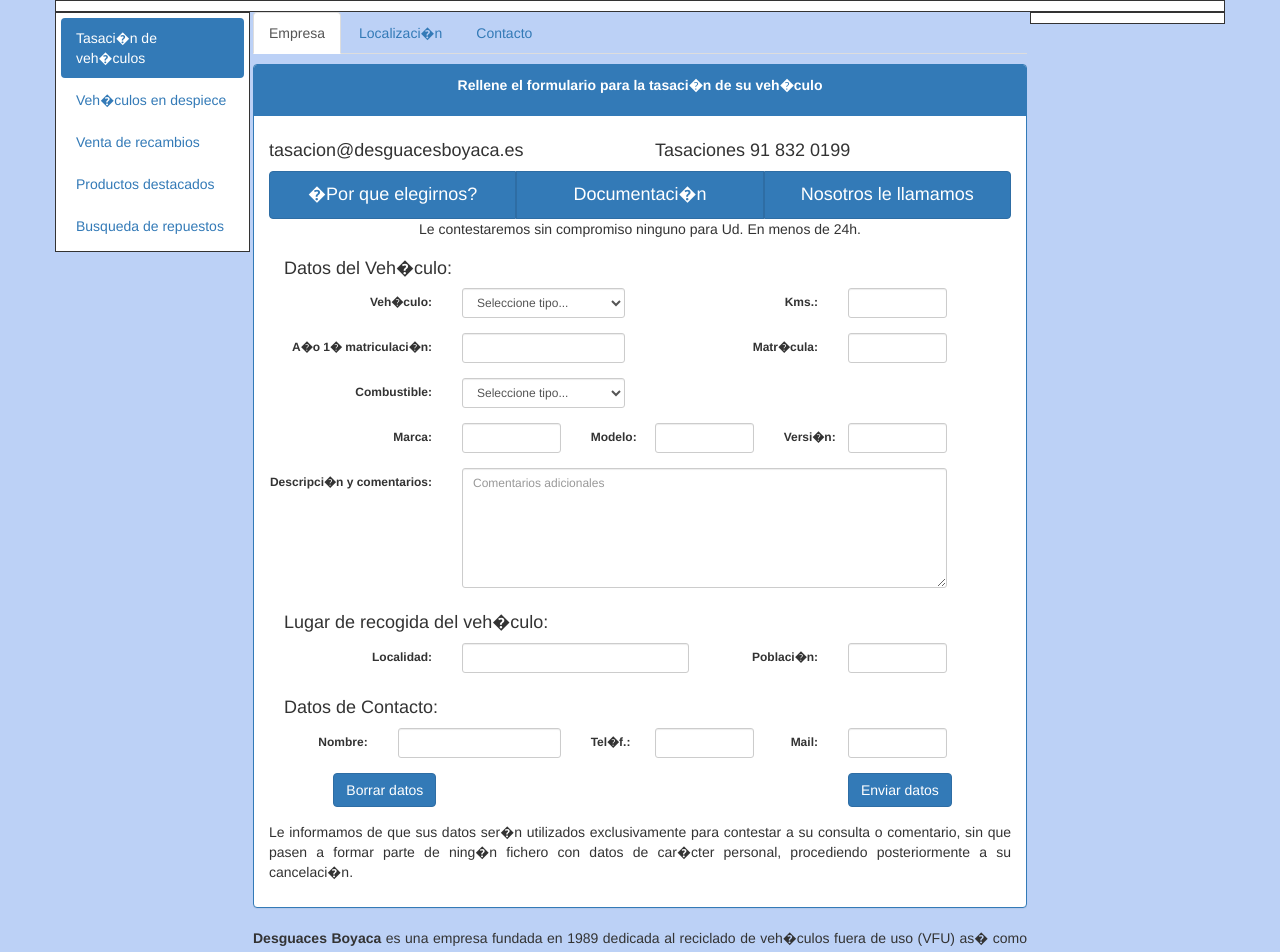
Repository: surrius/pruBoyaca
Page: http://localhost/
These files come from the project's save history. The page is drawn as it stood at one moment and after the next save; the edit follows.
The browser window is 1280 px wide. The pictures show the part of the page from y = 0 to 952 px (the page is 2709 px tall).
The page is run by PHP 8.4 with error messages shown; the project is at /var/www/html/.

Above is the page before, as saved 2016-03-02 11:45:29.

### Boyaca/index.php
<!DOCTYPE html>
<html lang="es">
  <head>
<!-- 	<meta http-equiv="Content-Type" content="text/html"; charset=utf-8"/>  -->
	<meta content="text/html; charset=iso-8859-1" http-equiv=Content-Type>
    <meta http-equiv="X-UA-Compatible" content="IE=edge">
    <meta name="viewport" content="width=device-width, initial-scale=1">
    <title>Autodesguaces Boyaca</title>

    <!-- Bootstrap -->
    <link href="bootstrap/css/bootstrap.min.css" rel="stylesheet">
    <link href="css/boyaca_css.css" rel="stylesheet">
    <link type="text/css" rel="stylesheet" href="css/font-awesome.min.css"/>
    <!-- jQuery (necessary for Bootstrap's JavaScript plugins) -->
    <script src="js/jquery-1.12.0.min.js"></script>
    <!-- Include all compiled plugins (below), or include individual files as needed -->
    <script src="bootstrap/js/bootstrap.min.js"></script>

    <!-- HTML5 Shim and Respond.js IE8 support of HTML5 elements and media queries -->
    <!-- WARNING: Respond.js doesn't work if you view the page via file:// -->
    <!--[if lt IE 9]>
      <script src="https://oss.maxcdn.com/libs/html5shiv/3.7.0/html5shiv.js"></script>
      <script src="https://oss.maxcdn.com/libs/respond.js/1.4.2/respond.min.js"></script>
    <![endif]-->
  </head>
  <body>
  	<div class="container">
  		<!-- Cabecera -->
  		<?php include "includes/main/head.php" ?>

      <!-- Parte central de interaccion con el MENU1 y el MENU2 -->
      <?php include "includes/main/central.php" ?>

      <!-- Pie de pÃ¡gina -->
      <?php include "includes/main/footer.php" ?>
  	</div>
  </body>
</html>

### Boyaca/includes/main/head.php
<!-- DIV contenedor de la cabecera -->

<div class="row prueba">

</div>

### Boyaca/includes/main/central.php

<!-- DIV contenedor de la informaciÃ³n seleccionada por el usuario desde el MENU1 y el MENU2 -->

<div class="row">
	<!-- Botonera del MENU 1 -->
	<div class="col-sm-2 prueba">
		<ul class="nav nav-pills nav-stacked">
			<li role="presentation" class="active"><a href="#">Tasación de vehículos</a></li>
			<li role="presentation"><a href="#">Vehículos en despiece</a></li>
			<li role="presentation"><a href="#">Venta de recambios</a></li>
			<li role="presentation"><a href="#">Productos destacados</a></li>
			<li role="presentation"><a href="#">Busqueda de repuestos</a></li>
		</ul>
	</div>

	<!-- div que recibirÃ¡ las pantallas segun la opcion de los MENUS que se pulse -->
	<div id="central" class="col-sm-8 menu-central">
		<ul class="nav nav-tabs">
			<li role="presentation" class="active">
				<a href="#">Empresa</a>
			</li>
			<li role="presentation">
				<a href="#">Localización</a>
			</li>
			<li role="presentation">
				<a href="#">Contacto</a>
			</li>
		</ul>

		<!-- Div donde se cargarÃ¡n todas las pantallas del MENU 2 -->
		<div id="cargaMenu2" class="carga-menu2">
			<!-- QUitar --> <?php include "includes/menu2/tasacion.php" ?>
			<!-- QUitar --> <?php include "includes/menu2/inicio.php" ?>
			<!-- QUitar --> <?php include "includes/menu2/localizacion.php" ?>
			<!-- QUitar --> <?php include "includes/menu2/contacto.php" ?>
		</div>
	</div>

	<!-- Area de Noticias y sellos autorizados -->
	<div class="col-sm-2 prueba">

	</div>
</div>

### Boyaca/includes/menu2/tasacion.php
<div class="panel panel-primary">
	<div class="panel-heading">
		<p class="text-center">
			<strong>Rellene el formulario para la tasación de su vehículo</strong>
		</p>
	</div>
	<div class="panel-body">
		<div class="row">
			<div class="col-sm-6">
				<h4>tasacion@desguacesboyaca.es</h4>
			</div>
			<div class="col-sm-6">
				<h4>Tasaciones 91 832 0199</h4>
			</div>
		</div>

		<!-- Botones de ayuda tasaciones -->
		<div class="btn-group btn-group-justified">
			<div class="btn-group">
				<button id="botTasPorque" class="btn btn-primary bot-tasacion">¿Por que elegirnos?</button>
			</div>
			<div class="btn-group">
				<button id="botTasDocu" class="btn btn-primary bot-tasacion">Documentación</button>
			</div>
			<div class="btn-group">
				<button id="botTasCall" class="btn btn-primary bot-tasacion">Nosotros le llamamos</button>
			</div>
		</div>

		<p class="text-center">
			Le contestaremos sin compromiso ninguno para Ud. En menos de 24h.
		</p>
		<h4 class="col-sm-12">Datos del Vehículo:</h4>
		<form id="datosTasacion" class="form-horizontal">
			<div class="form-group form-group-sm">
			<!-- Tipo de Vehículo -->
				<label for="inputVehiculo" class="col-sm-3 control-label">Vehículo:</label>
				<div class="col-sm-3">
					<select id="inputVehiculo" class="form-control">
						<option value="00">Seleccione tipo...</option>
						<option value="01">Coche</option>
						<option value="02">Furgoneta</option>
						<option value="03">Moto</option>
					</select>
				</div>
			<!-- Kilometros -->
				<label for="kilometros" class="col-sm-1  col-md-offset-2 control-label">Kms.:</label>
				<div class="col-sm-2">
					<input type="text" class="form-control" id="kilometros" placeholder="">
				</div>
			</div>

			<!-- Año Matriculación -->
			<div class="form-group form-group-sm">
				<label for="anyoMatricula" class="col-sm-3 control-label">Año 1ª matriculación:</label>
				<div class="col-sm-3">
					<input type="text" class="form-control" id="anyoMatricula" placeholder="">
				</div>
			<!-- Matricula -->
				<label for="matricula" class="col-sm-3 control-label">Matrícula:</label>
				<div class="col-sm-2">
					<input type="text" class="form-control" id="matricula" placeholder="">
				</div>
			</div>

			<!-- Combustible -->
			<div class="form-group form-group-sm">
				<label for="inputCombustible" class="col-sm-3 control-label">Combustible:</label>
				<div class="col-sm-3">
					<select id="inputCombustible" class="form-control">
						<option value="00">Seleccione tipo...</option>
						<option value="01">Gasolina</option>
						<option value="02">Diesel</option>
						<option value="03">Híbrido</option>
					</select>
				</div>
			</div>

			<!-- Datos del vehículo -->
			<div class="form-group form-group-sm">
			<!-- Marca -->
				<label for="inputMarca" class="col-sm-3 control-label">Marca:</label>
				<div class="col-sm-2">
					<input type="text" class="form-control" id="inputMarca" placeholder="">
				</div>
			<!-- Modelo -->
				<label for="inputModelo" class="col-sm-1 control-label">Modelo:</label>
				<div class="col-sm-2">
					<input type="text" class="form-control" id="inputModelo" placeholder="">
				</div>
			<!-- Version -->
				<label for="inputVersion" class="col-sm-1 control-label">Versión:</label>
				<div class="col-sm-2">
					<input type="text" class="form-control" id="inputVersion" placeholder="">
				</div>
			</div>

			<!-- Descripción y comentarios -->
			<div class="form-group form-group-sm">
				<label for="inputDescripcion" class="col-sm-3 control-label">Descripción y comentarios:</label>
				<div class="col-sm-8">
					<textarea class="form-control" id="inputDescripcion" rows="6" placeholder="Comentarios adicionales"></textarea>
				</div>
			</div>

			<!-- Lugar de recogida -->
			<h4 class="col-sm-12">Lugar de recogida del vehículo:</h4>
			<div class="form-group form-group-sm">
			<!-- Localidad -->
				<label for="inputLocalidad" class="col-sm-3 control-label">Localidad:</label>
				<div class="col-sm-4">
					<input type="text" class="form-control" id="inputLocalidad" placeholder="">
				</div>
			<!-- Población -->
				<label for="inputPoblacion" class="col-sm-2 control-label">Población:</label>
				<div class="col-sm-2">
					<input type="text" class="form-control" id="inputPoblacion" placeholder="">
				</div>
			</div>

			<!-- Datos de Contacto -->
			<h4 class="col-sm-12">Datos de Contacto:</h4>
			<div class="form-group form-group-sm">
			<!-- Marca -->
				<label for="inputMarca" class="col-sm-2 control-label">Nombre:</label>
				<div class="col-sm-3">
					<input type="text" class="form-control" id="inputMarca" placeholder="">
				</div>
			<!-- Modelo -->
				<label for="inputModelo" class="col-sm-1 control-label">Teléf.:</label>
				<div class="col-sm-2">
					<input type="text" class="form-control" id="inputModelo" placeholder="">
				</div>
			<!-- Version -->
				<label for="inputVersion" class="col-sm-1 control-label">Mail:</label>
				<div class="col-sm-2">
					<input type="text" class="form-control" id="inputVersion" placeholder="">
				</div>
			</div>

			<!-- Boton Limpiar formulario -->
			<div class="form-group form-group-sm">
				<div class="col-sm-3 col-md-offset-1">
					<button id="botTasaLimpiar" type="submit" class="btn btn-primary">Borrar datos</button>
				</div>
			<!-- Boton de envio de datos -->
				<div class="col-sm-3 col-md-offset-5">
					<button id="botTasaEnviar" type="submit" class="btn btn-primary">Enviar datos</button>
				</div>
			</div>
			<p class="text-justify">
				Le informamos de que sus datos serán utilizados exclusivamente para contestar a su consulta o comentario, sin que pasen a formar parte de ningún
				fichero con datos de carácter personal, procediendo posteriormente a su cancelación.
			</p>
		</form>
	</div>
</div>

### Boyaca/includes/menu2/inicio.php
<!--
/* **************************************************************** */
/* **************************************************************** */
/*				Codigo HTML de la pagina de Inicio					*/
/* **************************************************************** */
/* **************************************************************** */
-->
<div class="margenes">
	<p class="text-justify">
		<strong>Desguaces Boyaca</strong> es una empresa fundada en 1989 dedicada al reciclado de vehículos fuera de uso (VFU) así como a la compra venta de
		vehículos y venta de recambios para el automóvil.
	</p>
	<p class="text-justify">
		Siempre en continuo desarrollo nos esforzamos por ofrecerle el mayor número de servicios y de mayor calidad.
	</p>
	<p class="text-justify">
		Compramos su vehículo siniestrado o averiado. Nosotros nos ocupamos de todo: grua, baja de tráfico, transferencia etc... y sin
		ningún coste para usted.
	</p>
	<p class="text-justify">
		Más de 15.000 recambios en stock, todos revisados y garantizados.
	</p>
</div>

<div class="embed-responsive embed-responsive-16by9">
  	<iframe class="embed-responsive-item" src="https://www.youtube.com/embed/ho7oXw0vpfE"></iframe>
</div>

### Boyaca/includes/menu2/localizacion.php
<!--
/* **************************************************************** */
/* **************************************************************** */
/*				Codigo HTML de la pagina de Localizacion			*/
/* **************************************************************** */
/* **************************************************************** */
-->

<div class="margenes">
	<p class="text-justify">
		<strong>Nota:</strong> Inicie sesión en Google si desea interactuar con la ubicación de su casa, trabajo u otros sitios e
		información que tenga guardados.
	</p>
</div>

<div class="embed-responsive embed-responsive-16by9">
	<iframe src="https://www.google.com/maps/embed?pb=!1m14!1m8!1m3!1d97476.31931069591!2d-3.638363!3d40.228301!3m2!1i1024!2i768!4f13.1!3m3!1m2!1s0x0%3A0x76fb7586fd66fec5!2sDesguaces+Boyac%C3%A1!5e0!3m2!1ses!2sus!4v1454864953410" width="600" height="450" frameborder="0" style="border:0" allowfullscreen></iframe>
</div>

### Boyaca/includes/menu2/contacto.php
<div class="panel panel-primary">
	<div class="panel-heading">
		<p class="text-center"><strong>Rellene el formulario para contactar con nosotros</strong></p>
	</div>
	<div class="panel-body">
		<p class="text-justify">
			Puede contactar con nosotros rellenado el siguiente formulario o en la dirección info@desguacesboyaca.es.
		</p>
		<form id="datosContacto" class="form-horizontal">
			<!-- Nombre y apellidos -->
			<div class="form-group">
				<label for="inputNombre" class="col-sm-3 control-label">Nombre y apellidos</label>
				<div class="col-sm-8">
					<input type="text" class="form-control" id="inputNombre" placeholder="Nombre y apellidos">
				</div>
			</div>
			<!-- DirecciÃ³n -->
			<div class="form-group">
				<label for="inputDireccion" class="col-sm-3 control-label">Dirección</label>
				<div class="col-sm-8">
					<input type="text" class="form-control" id="inputDireccion" placeholder="Dirección">
				</div>
			</div>
			<!-- TelÃ©fono -->
			<div class="form-group">
				<label for="inputTelefono" class="col-sm-3 control-label">Teléfono</label>
				<div class="col-sm-8">
					<input type="email" class="form-control" id="inputTelefono" placeholder="Teléfono">
				</div>
			</div>
			<!-- Email -->
			<div class="form-group">
				<label for="inputEmail" class="col-sm-3 control-label">Email</label>
				<div class="col-sm-8">
					<input type="email" class="form-control" id="inputEmail" placeholder="Email">
				</div>
			</div>
			<!-- Consulta -->
			<div class="form-group">
				<label for="inputConsulta" class="col-sm-3 control-label">Consulta</label>
				<div class="col-sm-8">
					<textarea class="form-control" id="inputConsulta" rows="4" placeholder="Consulta"></textarea>
				</div>
			</div>
			<!-- Boton de envio de datos -->
			<div class="form-group">
				<div class="col-sm-3 pull-right">
					<button type="submit" class="btn btn-primary">Enviar datos</button>
				</div>
			</div>
			<p class="text-justify">
				Le informamos de que sus datos serán utilizados exclusivamente para contestar a su consulta o comentario, sin que pasen a formar parte de ningún
				fichero con datos de carácter personal, procediendo posteriormente a su cancelación.
			</p>
		</form>
	</div>
</div>

### Boyaca/includes/main/footer.php
<!-- DIV contenedor de el pie de página -->

<div class="row well">
	<footer class="footer">
		<p class="text-center">
			<span class="glyphicon glyphicon-globe" aria-hidden="true"></span>
			www.desguacesboyaca.es
		</p>
		<h6>
			<p class="text-center">Tramitar la baja de un coche | Desguaces en Madrid | Vender coche siniestrado</p>
		</h6>
	</footer>
</div>

### Boyaca/css/boyaca_css.css
/* **************************************************************** */
/* **************************************************************** */
/*  CSS con las clases externas a bootstrap usadas para el diseÃ±o   */
/*  de la pÃ¡gina web.												*/
/* **************************************************************** */
/* **************************************************************** */
/*//// QUITAR //////*/
.prueba {
  border: 1px;
  border-style: solid;
  padding: 5px;
  background-color: white;
}

/* **************************************************************** */


/* 					        Clases CSS sobre etiquetas html 				        */
/* **************************************************************** */

body {
  background-color: #bcd1f6;
}

/*          		           Nuevas clases CSS 							          */
/* **************************************************************** */

.menu-central {
	padding-left: 3px;
	padding-right: 3px;
}

.carga-menu2 {
	padding-bottom: 10px;
    padding-top: 10px;
}

.margenes {
	margin-bottom: 20px;
}

/* ************************ Pantalla de tasacion ************************ */
/* Animacion de los botones superiores de la pantalla de tasación - INI */
.bot-tasacion {
/* 	border: none; */
/* 	background: #3a7999; */
/* 	color: #f2f2f2; */
/* 	padding: 10px; */
	font-size: 18px;
/* 	border-radius: 5px; */
	position: relative;
	box-sizing: border-box;
	transition: all 500ms ease;
	padding: 10px 35px;
	overflow:hidden;
}

/* Botón Porque */
#botTasPorque.bot-tasacion:before {
	font-family: FontAwesome;
	content:"\f059";
	position: absolute;
	top: 11px;
	left: -30px;
	transition: all 200ms ease;
}

#botTasPorque.bot-tasacion:hover:before {
	left: 7px;
}

/* Botón Documentacion */
#botTasDocu.bot-tasacion:before {
	font-family: FontAwesome;
	content:"\f0f6";
	position: absolute;
	top: 11px;
	left: -30px;
	transition: all 200ms ease;
}

#botTasDocu.bot-tasacion:hover:before {
	left: 7px;
}

/* Botón Nosotros le llamamos */
#botTasCall.bot-tasacion:before {
	font-family: FontAwesome;
	content:"\f095";
	position: absolute;
	top: 11px;
	left: -30px;
	transition: all 200ms ease;
}

#botTasCall.bot-tasacion:hover:before {
	left: 7px;
}
/* Animacion de los botones superiores de la pantalla de tasación - FIN */
/* ******************************************************************** */

Loaded but not shown: Boyaca/bootstrap/css/bootstrap.min.css (library); Boyaca/css/font-awesome.min.css (library); Boyaca/js/jquery-1.12.0.min.js (library); Boyaca/bootstrap/js/bootstrap.min.js (library)

After the next save:
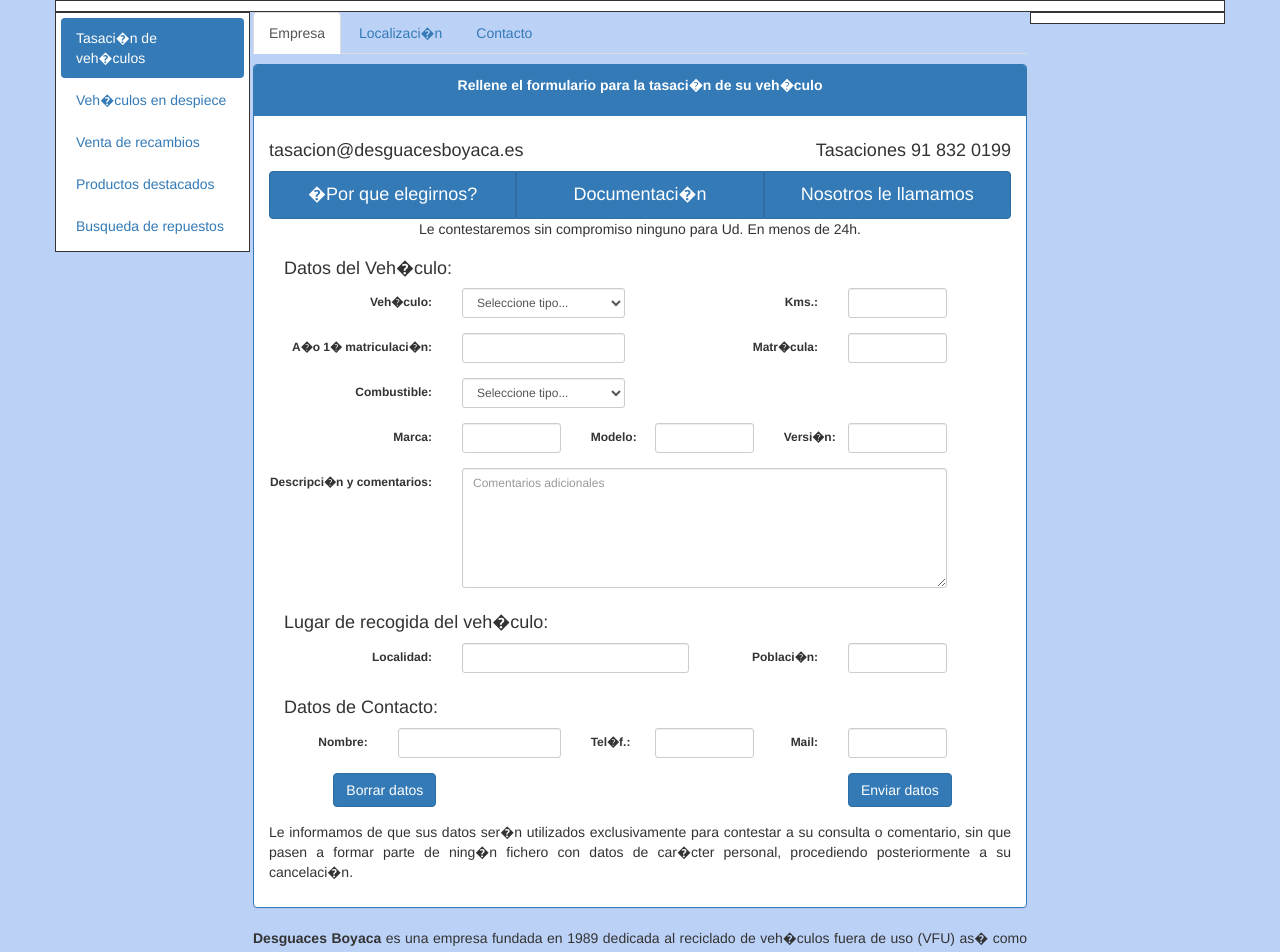
Saved 51 s later.
--- a/Boyaca/includes/menu2/tasacion.php
+++ b/Boyaca/includes/menu2/tasacion.php
@@ -10,7 +10,7 @@
 				<h4>tasacion@desguacesboyaca.es</h4>
 			</div>
 			<div class="col-sm-6">
-				<h4>Tasaciones 91 832 0199</h4>
+				<h4 class="text-right">Tasaciones 91 832 0199</h4>
 			</div>
 		</div>
 
